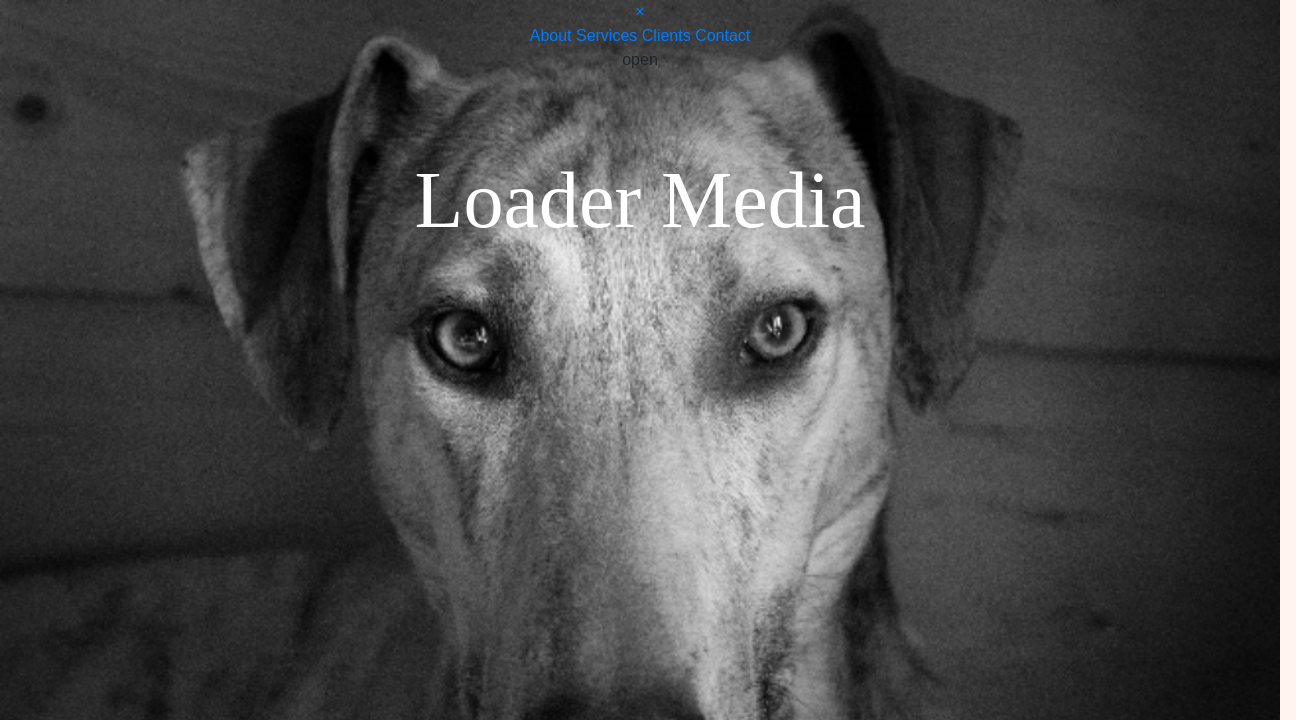
Repository: elizabeth24602/LoaderMedia
Page: index.html
The author's editor kept a record of every edit. The page is drawn from the files as they stood at one moment, then again after the next edit.
The browser window is 1280 px wide. The page is 1296 px wide, so the pictures cover 1296 px, including what lies to the right of the window. The pictures show the whole page.
Some web fonts or font styles are not loaded; a fallback is used.

Above is the page before.
Console error: TypeError: Cannot read properties of null (reading 'textContent')
Not found: Assests/images/

### index.html
<!DOCTYPE html>
<html lang="en">
<head>
    <meta charset="UTF-8">
    <meta name="viewport" content="width=device-width, initial-scale=1.0">
    <meta http-equiv="X-UA-Compatible" content="ie=edge">

    <link rel="stylesheet" href="static/css/bootstrap.min.css" type="text/css" />
    <link rel="stylesheet" href="static/css/dc.min.css" type="text/css" />



    <link rel="stylesheet" href="https://stackpath.bootstrapcdn.com/bootstrap/4.3.1/css/bootstrap.min.css" type="text/css" />
    <link rel="stylesheet" href="https://stackpath.bootstrapcdn.com/font-awesome/4.7.0/css/font-awesome.min.css" type="text/css" />
    <link href="https://fonts.googleapis.com/css?family=Lacquer&display=swap" rel="stylesheet">
    <link href="https://fonts.googleapis.com/css?family=Beth+Ellen&display=swap" rel="stylesheet">
    <link rel="stylesheet" href="https://cdnjs.cloudflare.com/ajax/libs/hover.css/2.3.1/css/hover-min.css" type="text/css" />
    <link rel="stylesheet" href="Assests/images/" type="text/css" />
    <link rel="stylesheet" href="Assests/css/style.css" type="text/css" />

    <title>Loader Media</title>

     <script type="text/javascript" src="static/js/d3.min.js"></script>
    <script type="text/javascript" src="static/js/crossfilter.min.js"></script>
    <script type="text/javascript" src="static/js/dc.min.js"></script>
    <script type="text/javascript" src="static/js/queue.min.js"></script>
    <script type="text/javascript" src="static/js/graph.js"></script>

</head>
<body class="index">

     <header class="container-fluid">

   <!-- The overlay -->
<div id="myNav" class="overlay">

  <!-- Button to close the overlay navigation -->
  <a href="javascript:void(0)" class="closebtn" onclick="closeNav()">&times;</a>

  <!-- Overlay content -->
  <div class="overlay-content">
    <a href="bio.htm">About</a>
    <a href="photos.html">Services</a>
    <a href="pricing.html">Clients</a>
    <a href="gallery.html">Contact</a>
  </div>

</div>

<!-- Use any element to open/show the overlay navigation menu -->
<span onclick="openNav()">open</span>

<script>
/* Open */
function openNav() {
  document.getElementById("myNav").style.height = "100%";
}

/* Close */
function closeNav() {
  document.getElementById("myNav").style.height = "0%";
}
</script>

    </header>

    <section>
        <div class="row no-gutters">
            <div class="col">

            </div>
            <div class="col-sm-12">
                <h1 class="name">Loader Media</h1>
            </div>
            <div class="col">

            </div>
        </div>
    </section>
    <footer class="bottom">

    </footer>

</body>
</html>

### Assests/css/style.css
@import url('https://fonts.googleapis.com/css?family=Lacquer:100,200,300,400,500,600,700|Beth+Ellen:100,200,300,400,500,600,700|Pacifico:100,200,300,400,500,600,700|Amatic+SC:100,200,300,400,500,600,700');

/*-------------------------------Website Name */

.name {
    font-family: "Beth+Ellen";
     font-weight: 100;
    font-size: 80px;
    margin-top: 70px;
    text-align: center;
    color: #ffffff;
}

.name3 {
    font-family: "Amatic SC";
     font-weight: 60;
    font-size: 50px;
    margin-top: 70px;
    text-align: center;
    color: #595959;
}

/*-------------------------------Background */

body {
  background-color: #dbceb0;
}

/*-------------------------------Social */

.social-links {
    padding-top: 15px;
    padding-bottom: 15px;
}

.social-links li a i {
    width: 30px;
    height: 30px;
    padding: 12px 0;
    border-radius: 20%;
    font-size: 25px;
    line-height: 7px;
    text-align: center;
    color: #8ca3a3;
    background: #dbceb0;
    transition: all 0.35s ease-in-out;
    -moz-transition: all 0.35s ease-in-out;
    -webkit-transition: all 0.35s ease-in-out;
    -o-transition: all 0.35s ease-in-out;
}

/*-------------------------------menu */


.list-inline-item:not(:last-child) {
    margin: 0;
}

.menucontainer {
    font-size: 0;
    margin: auto;
    width: 60%;
    padding: 10px;
}

#nav li {
    font-size: 20px;
    font-family: 'Beth+Ellen';
    padding: 0;
}

.menuitem {
    text-align: center;
    padding: 0;
}

.body {
    text-align: center;
}


.menuitem2 a {
    width: 100%;
    text-decoration: none;
    color: #ffffff;
}

.menuitem a {
    width: 100%;
    text-decoration: none;
    color: #808080;
}

.hvr-underline-from-center:before {
    background-color: #ffffff;
    color: #d3d3d3;
}


.a:hover {
    text-decoration: none;
}

/*-------------------------------Footer */


.bottom {
    background-color: #666633;
    color: #ffffff;
    left: 0;
    bottom: 0;
    width: 100%;
    text-align: center;
}


.address {
    color: #ffffff;
    text-align: center;
    font-family: "Beth+Ellen";
    padding-top: 20px;
    font-size: 20px;
}
.email {
    color: #ffffff;
    text-align: center;
    font-family: "Beth+Ellen";
    padding: 10px;
    font-size: 20px;
}

.social-links2 {
    padding-top: 15px;
    padding-bottom: 15px;
    text-align: center;
}

.social-links2 li a i {
    width: 30px;
    height: 30px;
    padding: 12px 0;
    border-radius: 20%;
    font-size: 25px;
    line-height: 7px;
    text-align: center;
    color: #ffffff;
    transition: all 0.35s ease-in-out;
    -moz-transition: all 0.35s ease-in-out;
    -webkit-transition: all 0.35s ease-in-out;
    -o-transition: all 0.35s ease-in-out;
}

/*-------------------------------Home */

.index {
  background-image: url("../images/bryn.jpg");
  background-color: #fff5ee;
  height: 500px;
  background-position: cover;
  background-repeat: no-repeat;
  background-size: cover;
  text-align: center;
  background-attachment: scroll;
}

body {
  font-family: "Beth+Ellen", sans-serif;
}

.sidebar {
  height: 100%;
  width: 0;
  position: fixed;
  z-index: 1;
  top: 0;
  left: 0;
  background-color: #666633;
  overflow-x: hidden;
  transition: 0.5s;
  padding-top: 60px;
}

.sidebar a {
  padding: 8px 8px 8px 32px;
  text-decoration: none;
  font-size: 30px;
  font-family: "Amatic SC";
  color: #ffffff;
  display: block;
  transition: 0.3s;
}

.sidebar a:hover {
  color: #f1f1f1;
}

.sidebar .closebtn {
  position: relative;
  top: 0;
  right: 25px;
  font-size: 36px;
  margin-left: 50px;
}

.openbtn {
  font-size: 20px;
  cursor: pointer;
  background-color: #111;
  color: white;
  padding: 10px 15px;
  border: none;
}

.openbtn:hover {
  background-color: #444;
}

#main {
  transition: margin-left .5s;
  padding: 16px;
}

/* On smaller screens, where height is less than 450px, change the style of the sidenav (less padding and a smaller font size) */
@media screen and (max-height: 450px) {
  .sidebar {padding-top: 15px;}
  .sidebar a {font-size: 18px;}
}


/*-------------------------------Bio */

.silhouette {
  display: block;
  margin-left: auto;
  margin-right: auto;
  width: 80%;
  margin-top: 20px;
  margin-bottom: 20px;
}

.bio {
  font-family: "Beth+Ellen";
  text-align: center;
  margin-bottom: 20px;
}

.camera2 {
  display: block;
  margin-left: 10px;
  margin-right: 10px;
  width: 100%;
  margin-top: 20px;
  margin-bottom: 20px;
}



* {
  box-sizing: border-box;
}

.portfolio {
  font-family: "Beth+Ellen"
}

.main {
  max-width: 1000px;
  margin: auto;
}

.row {
  margin: 10px -16px;
}

/* Add padding BETWEEN each column */
.row,
.row > .column {
  padding: 8px;
}

/* Create three equal columns that floats next to each other */
.column {
  float: left;
  width: 33.33%;
  display: none; /* Hide all elements by default */
}

/* Clear floats after rows */
.row:after {
  content: "";
  display: table;
  clear: both;
}

/* Content */
.content {
  background-color: #dbceb0;
  padding: 10px;
  font-family: "Beth+Ellen";
  text-align: center;
}

/* The "show" class is added to the filtered elements */
.show {
  display: block;
}

/* Style the buttons */
.btn {
  border: none;
  outline: none;
  padding: 12px 16px;
  background-color: #666633;
  color: #ffffff;
  font-family: "Beth+Ellen";
  cursor: pointer;
}

.btn:hover {
  background-color: #ddd;
}

.btn.active {
  background-color: #fff5ee;
  color: #808080;
}

/*-----------------------------Photos */

.accordion {
  background-color: #666633;
  color: #ffffff;
  font-family: "Beth+Ellen";
  text-align: center;
  cursor: pointer;
  padding: 18px;
  margin: 20px;
  width: 100%;
  border: none;
  outline: none;
  font-size: 30px;
  transition: 0.4s;
}

.active, .accordion:hover {
  background-color: #fff5ee;
   color: #808080;
}

.panel {
  padding: 0 18px;
  display: none;
  background-color: #dbceb0;
  overflow: hidden;
  font-family: "Beth+Ellen";
  color: #808080;
  text-align: left;
  width: 50%
  font-size: 20px;
}



.row > .column {
  padding: 0 8px;
}

.row:after {
  content: "";
  display: table;
  clear: both;
}

/* Create four equal columns that floats next to eachother */
.column {
  float: left;
  width: 25%;
}

/* The Modal (background) */
.modal {
  display: none;
  position: fixed;
  z-index: 1;
  padding-top: 100px;
  left: 0;
  top: 0;
  width: 100%;
  height: 100%;
  overflow: auto;
  background-color: #666633;
}

/* Modal Content */
.modal-content {
  position: relative;
  background-color: #fff5ee;
  margin: auto;
  padding: 0;
  width: 90%;
  max-width: 1200px;
}

/* The Close Button */
.close {
  color: white;
  position: absolute;
  top: 10px;
  right: 25px;
  font-size: 35px;
  font-weight: bold;
}

.close:hover,
.close:focus {
  color: #999;
  text-decoration: none;
  cursor: pointer;
}

/* Hide the slides by default */
.mySlides {
  display: none;
}

/* Next & previous buttons */
.prev,
.next {
  cursor: pointer;
  position: absolute;
  top: 50%;
  width: auto;
  padding: 16px;
  margin-top: -50px;
  color: white;
  font-weight: bold;
  font-size: 20px;
  transition: 0.6s ease;
  border-radius: 0 3px 3px 0;
  user-select: none;
  -webkit-user-select: none;
}

/* Position the "next button" to the right */
.next {
  right: 0;
  border-radius: 3px 0 0 3px;
}

/* On hover, add a black background color with a little bit see-through */
.prev:hover,
.next:hover {
  background-color: #fff5ee;
}

/* Number text (1/3 etc) */
.numbertext {
  color: #000000;
  font-size: 12px;
  padding: 8px 12px;
  position: absolute;
  top: 0;
}

/* Caption text */
.caption-container {
  text-align: center;
  font-family: "Beth+Ellen"
  padding: 2px 16px;
  color: #808080;
}

img.demo {
  opacity: 0.6;
}

.active,
.demo:hover {
  opacity: 1;
}

img.hover-shadow {
  transition: 0.3s;
}

.hover-shadow:hover {
  box-shadow: 0 4px 8px 0 rgba(0, 0, 0, 0.2), 0 6px 20px 0 rgba(0, 0, 0, 0.19);
}

/*-------------------------------Gallery */
.row {
  display: flex;
  flex-wrap: wrap;
  padding: 0 4px;
}

/* Create four equal columns that sits next to each other */
.column {
  flex: 25%;
  max-width: 25%;
  padding: 0 4px;
}

.column img {
  margin-top: 20px;
  margin-bottom: 10px;
  margin-left: 10px;
  margin-right: 10px;
  vertical-align: middle;
  width: 100%;
}

/* Responsive layout - makes a two column-layout instead of four columns */
@media screen and (max-width: 800px) {
  .column {
    flex: 50%;
    max-width: 50%;
  }
}

/* Responsive layout - makes the two columns stack on top of each other instead of next to each other */
@media screen and (max-width: 600px) {
  .column {
    flex: 100%;
    max-width: 100%;
  }
}
/*-------------------------------contact */

.contact-heading {
    font-family: "Beth+Ellen";
    text-align: center;
    font-weight: 100;
    margin-top: 25px;
    margin-bottom: 20px;
    color: #808080;
}

.text-center {
    font-family: "pacifico";
    text-align: center;
    font-weight: 100;
    margin-top: 25px;
    margin-bottom: 20px;
    color: #808080;
}


.center-form {
    padding-top: 10px;
    margin: 0 auto;
    max-width: 70%;
    font-family: "Beth+Ellen";
}

button[type="submit"] {
    margin-top: 15px;
    margin-bottom: 20px;
    background-color: #666633;
    color: #fafafa;
    font-family: "Beth+Ellen";
}

.chat {
   font-family: "Beth+Ellen";
    font-weight: 100;
    margin-top: 180px;
    margin-bottom: 20px;
    text-align: center;
    color: #595959;
}

.number {
     font-family: "pacifico";
    font-weight: 100;
    margin-top: 125px;
    margin-bottom: 20px;
    text-align: center;
    color: #808080;
}

.laptop {
    display: block;
  margin-left: auto;
  margin-right: auto;
  margin-top: 20px;
  width: 90%;
}

.phone {
  display: block;
  margin-left: auto;
  margin-right: auto;
  margin-top: 20px;
  margin-bottom: 20px;
  width: 90%;
  border-radius: 8px;
}

### static/js/graph.js
queue()
    .defer(d3.csv, "data/Salaries.csv")
    .await(makeGraphs);

function makeGraphs(error, salaryData) {
    var ndx = crossfilter(salaryData);

    salaryData.forEach(function(d){
        d.salary = parseInt(d.salary);
    })

    show_discipline_selector(ndx);
    show_gender_balance(ndx);
    show_average_salary(ndx);
    show_rank_distribution(ndx);

    dc.renderAll();
}

function show_discipline_selector(ndx) {
    var dim = ndx.dimension(dc.pluck('discipline'));
    var group = dim.group();

    dc.selectMenu("#discipline-selector")
        .dimension(dim)
        .group(group);
}


function show_gender_balance(ndx) {
    var dim = ndx.dimension(dc.pluck('sex'));
    var group = dim.group();

    dc.barChart("#gender-balance")
        .width(400)
        .height(300)
        .margins({top: 10, right: 50, bottom: 30, left: 50})
        .dimension(dim)
        .group(group)
        .transitionDuration(500)
        .x(d3.scale.ordinal())
        .xUnits(dc.units.ordinal)
        .xAxisLabel("Gender")
        .yAxis().ticks(20);
}


function show_average_salary(ndx) {
    var dim = ndx.dimension(dc.pluck('sex'));

    function add_item(p, v) {
        p.count++;
        p.total += v.salary;
        p.average = p.total / p.count;
        return p;
    }

    function remove_item(p, v) {
        p.count--;
        if(p.count == 0) {
            p.total = 0;
            p.average = 0;
        } else {
            p.total -= v.salary;
            p.average = p.total / p.count;
        }
        return p;
    }

    function initialise() {
        return {count: 0, total: 0, average: 0};
    }

    var averageSalaryByGender = dim.group().reduce(add_item, remove_item, initialise);

    dc.barChart("#average-salary")
        .width(400)
        .height(300)
        .margins({top: 10, right: 50, bottom: 30, left: 50})
        .dimension(dim)
        .group(averageSalaryByGender)
        .valueAccessor(function(d){
            return d.value.average.toFixed(2);
        })
        .transitionDuration(500)
        .x(d3.scale.ordinal())
        .xUnits(dc.units.ordinal)
        .elasticY(true)
        .xAxisLabel("Shade")
        .yAxis().ticks(10);
}


function show_rank_distribution(ndx) {

    function rankByGender(dimension, rank) {
        return dimension.group().reduce(
            function (p, v) {
                p.total++;
                if(v.rank == rank) {
                    p.match++;
                }
                return p;
            },
            function (p, v) {
                p.total--;
                if(v.rank == rank) {
                    p.match--;
                }
                return p;
            },
            function () {
                return {total: 0, match: 0};
            }
        );
    }

    var dim = ndx.dimension(dc.pluck("sex"));
    var profByGender = rankByGender(dim, "Motor Vehicles");
    var asstProfByGender = rankByGender(dim, "Animals");
    var assocProfByGender = rankByGender(dim, "Landscapes");

    dc.barChart("#rank-distribution")
        .width(400)
        .height(300)
        .dimension(dim)
        .group(profByGender, "Motors")
        .stack(asstProfByGender, "Animals")
        .stack(assocProfByGender, "Landscapes")
        .valueAccessor(function(d) {
            if(d.value.total > 0) {
                return (d.value.match / d.value.total) * 100;
            } else {
                return 0;
            }
        })
        .x(d3.scale.ordinal())
        .xUnits(dc.units.ordinal)
        .legend(dc.legend().x(320).y(20).itemHeight(15).gap(5))
        .margins({top: 10, right: 100, bottom: 30, left: 30});
}

Loaded but not shown: static/css/bootstrap.min.css (library); static/css/dc.min.css (library); static/js/d3.min.js (library); static/js/crossfilter.min.js (library); static/js/dc.min.js (library); static/js/queue.min.js (common file)

After the next edit:
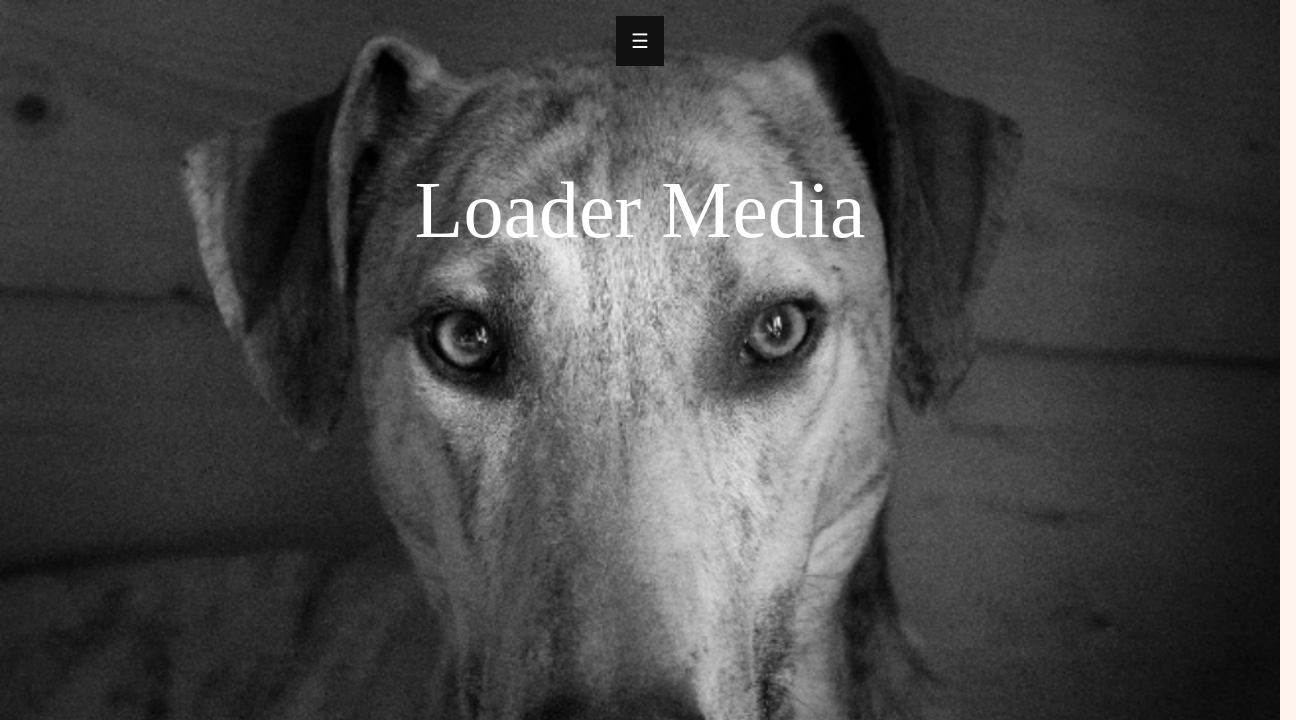
The edit:
--- a/index.html
+++ b/index.html
@@ -31,36 +31,32 @@
 
      <header class="container-fluid">
 
-   <!-- The overlay -->
-<div id="myNav" class="overlay">
+         <div id="mySidebar" class="sidebar">
+              <a href="javascript:void(0)" class="closebtn" onclick="closeNav()">×</a>
+              <a href="index.html">Home</a>
+              <a href="bio.html">About</a>
+              <a href="photos.html">Photos</a>
+              <a href="pricing.html">Pricing</a>
+              <a href="gallery.html">Gallery</a>
+              <a href="contact.html">Contact</a>
+        </div>
 
-  <!-- Button to close the overlay navigation -->
-  <a href="javascript:void(0)" class="closebtn" onclick="closeNav()">&times;</a>
+        <div id="main">
+          <button class="openbtn" onclick="openNav()">☰ </button>
+        </div>
 
-  <!-- Overlay content -->
-  <div class="overlay-content">
-    <a href="bio.htm">About</a>
-    <a href="photos.html">Services</a>
-    <a href="pricing.html">Clients</a>
-    <a href="gallery.html">Contact</a>
-  </div>
+    <script>
+        function openNav() {
+            document.getElementById("mySidebar").style.width = "250px";
+            document.getElementById("main").style.marginLeft = "250px";
+        }
 
-</div>
+        function closeNav() {
+            document.getElementById("mySidebar").style.width = "0";
+            document.getElementById("main").style.marginLeft= "0";
+        }
+    </script>
 
-<!-- Use any element to open/show the overlay navigation menu -->
-<span onclick="openNav()">open</span>
-
-<script>
-/* Open */
-function openNav() {
-  document.getElementById("myNav").style.height = "100%";
-}
-
-/* Close */
-function closeNav() {
-  document.getElementById("myNav").style.height = "0%";
-}
-</script>
 
     </header>
 
